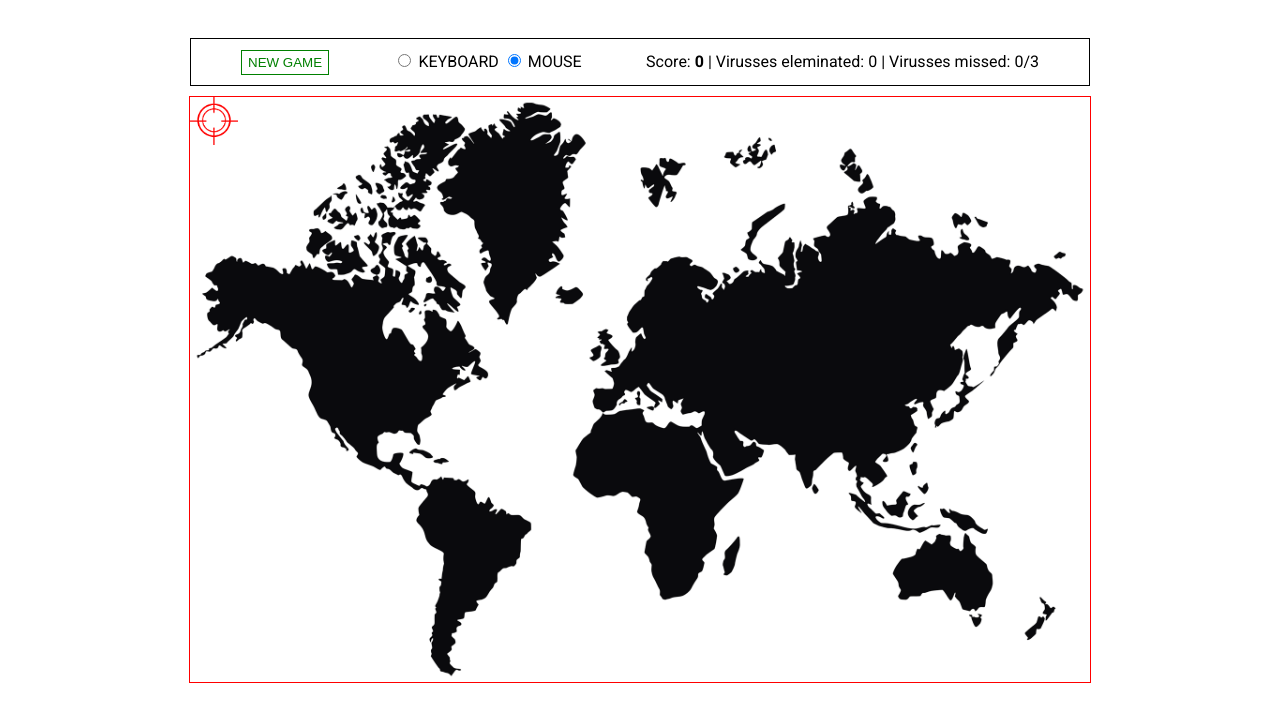
Repository: Baterka/DestroyTheVirus
Page: index.html
These files come from the project's save history. The page is drawn as it stood at one moment and after the next save; the edit follows.
The browser window is 1280 px wide. The pictures show the whole page.

Above is the page before, as saved 2020-03-20 12:47:57.
Console error: TypeError: Cannot read properties of null (reading 'addEventListener')

After the next save:
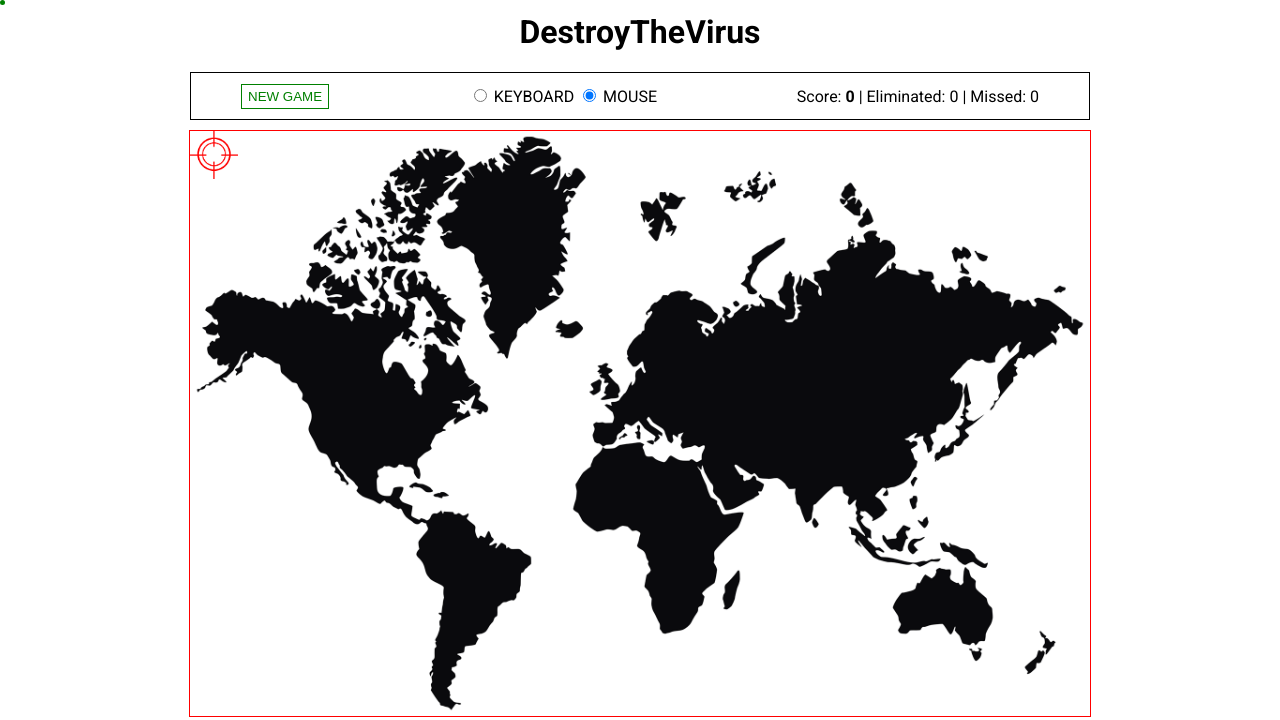
The error is gone.
Saved 62 s later.
--- a/index.html
+++ b/index.html
@@ -11,19 +11,27 @@
 </head>
 
 <body onload="game.init()">
+    <div id="debug">
+        <div id="debugDot"></div>
+    </div>
     <div class="flex-container">
+        <div class="flex-row" id="title">
+            <h1>DestroyTheVirus</h1>
+        </div>
         <div class="flex-row" id="toolbar">
             <div class="col">
-                <button id="button_newGame">NEW GAME</button>
+                <button id="button_newGame" class="button">NEW GAME</button>
+                <button id="button_resetGame" class="button" disabled>RESTART</button>
+                <button id="button_stopGame" class="button" disabled>FINISH</button>
             </div>
             <div class="col">
-                <input type="radio" id="radio_keyboard" name="input" value="keyboard" onclick="player.changeInput(this);" />
+                <input type="radio" id="radio_keyboard" name="input" value="keyboard" onclick="game.Player.changeInput(this);" />
                 <label for="radio_keyboard">KEYBOARD</label>
-                <input type="radio" id="radio_mouse" name="input" value="mouse" checked onclick="player.changeInput(this);" />
+                <input type="radio" id="radio_mouse" name="input" value="mouse" checked onclick="game.Player.changeInput(this);" />
                 <label for="radio_mouse">MOUSE</label>
             </div>
             <div class="col scoreboard">
-                Score: <b><span id="score">0</span></b> | Virusses eleminated: <span id="eliminated">0</span> | Virusses missed: <span id="missed">0</span>/3
+                Score: <b><span id="score">0</span></b> | Eliminated: <span id="eliminated">0</span> | Missed: <span id="missed">0</span>
             </div>
         </div>
         <div class="flex-row" id="canvas" ondragstart="return false;" ondrop="return false;">
@@ -31,7 +39,11 @@
             <div id="virusses">
             </div>
             <div id="gameOver" class="noselect">
-                GAME OVER
+                <!-- http://pngimg.com/download/63034 -->
+                <img src="./biohazard.png" alt="biohazard_icon" width="64" height="64" />
+                <div class="title">GAME OVER</div>
+                <div>HIGHSCORE: <span id="highScore"></span></div>
+                <div id="newRecord" class="rainbow">NEW RECORD</div>
             </div>
             <div id="deadZone"></div>
         </div>
